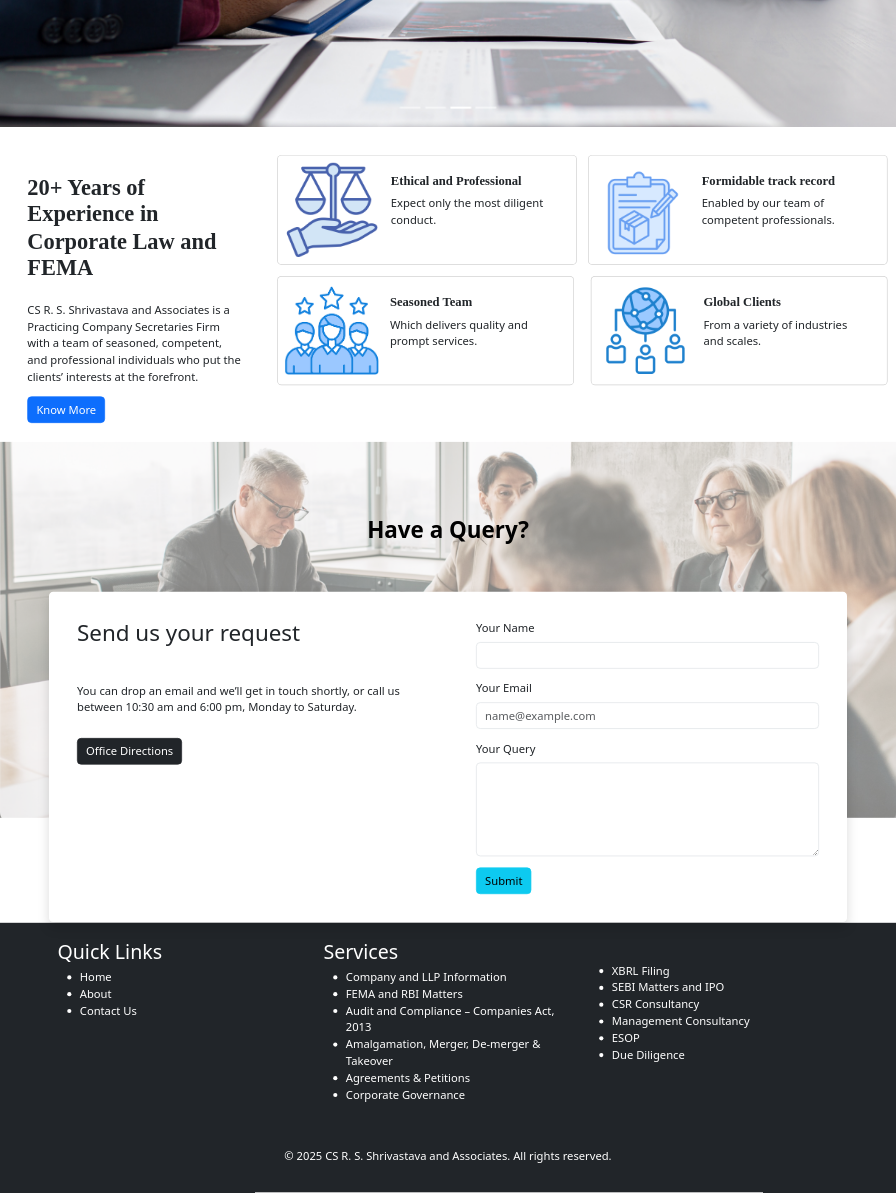
Repository: aayushiss/CS-RSS
Page: index.html
These files come from the project's save history. The page is drawn as it stood at one moment and after the next save; the edit follows.
The browser window is 1280 px wide. The pictures show the part of the page from y = 715 to 2635 px (the page is 2419 px tall before and 2635 px after), at 70% of full size.

Above is the page before, as saved 2025-05-24 20:33:11.

After the next save:
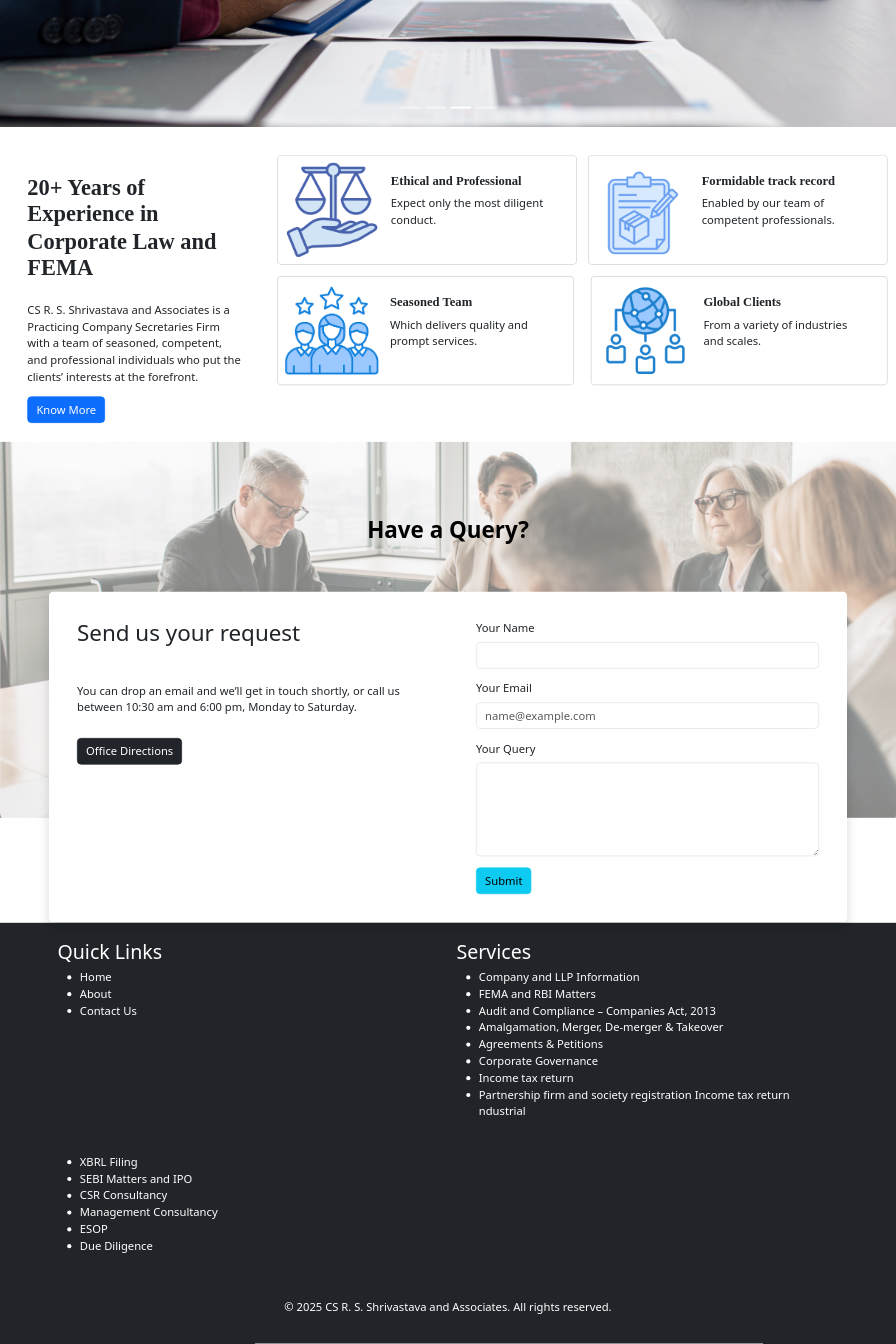
Saved 2 min 33 s later.
--- a/index.html
+++ b/index.html
@@ -220,6 +220,8 @@
             <li><a href="hncjsd">Amalgamation, Merger, De-merger & Takeover</a></li>
             <li><a href="hncjsd">Agreements & Petitions</a></li>
             <li><a href="hncjsd">Corporate Governance</a></li>
+            <li><a href="hncjsd">Income tax return</a></li>
+            <li><a href="hncjsd">Partnership firm and society registration Income tax return ndustrial
           </ul>
         </div>
         <div class="col" style="margin-top: 2rem;">
